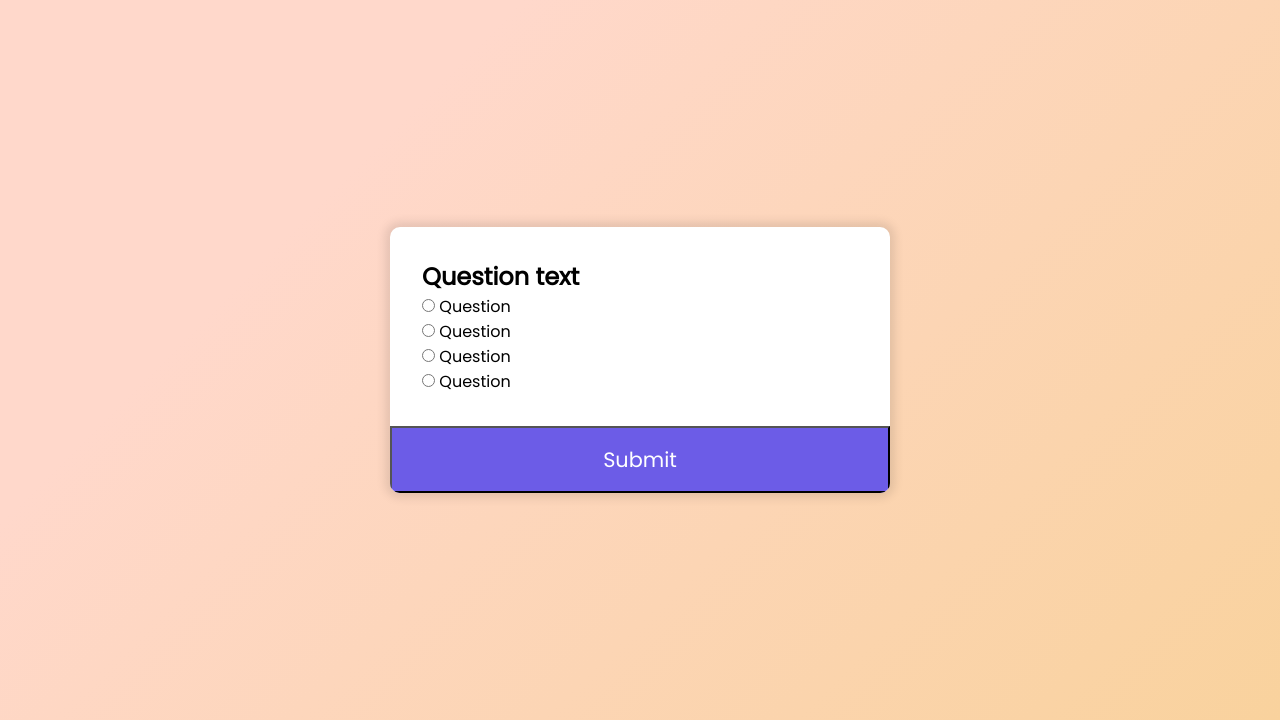
Repository: PratypartyY2K/JavaScript-Projects
Page: Quiz-App/index.html
The author's editor kept a copy of each file at every save. The page is drawn from the files as they stood at one save, then again after the next save.
The browser window is 1280 px wide. The pictures show the whole page.

Above is the page before, as saved 2021-07-04 09:25:44.

After the next save:
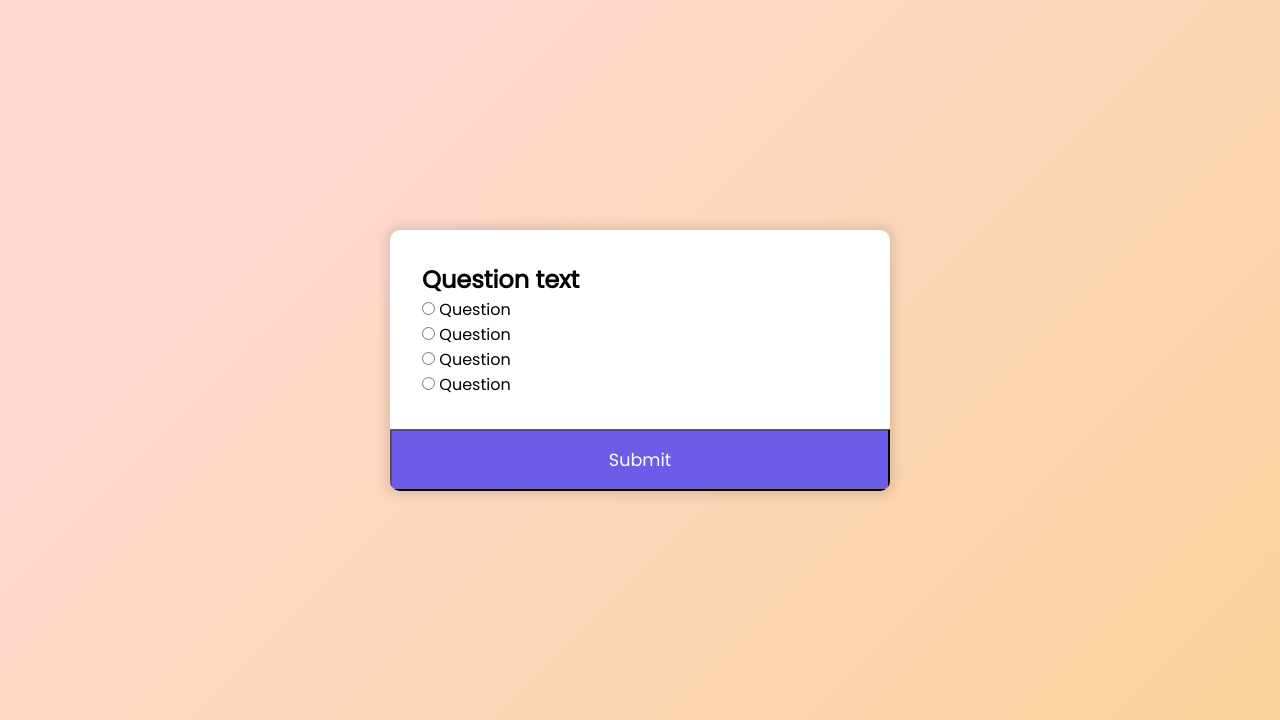
Saved 34 s later.
--- a/Quiz-App/styles.css
+++ b/Quiz-App/styles.css
@@ -22,7 +22,6 @@ body {
     width: 500px;
     max-width: 100%;
     overflow: hidden;
-    border: none;
 }
 
 .quiz-header {
@@ -39,7 +38,7 @@ button {
     display: block;
     color: white;
     font-family: inherit;
-    font-size: 1.3rem;
+    font-size: 1.1rem;
     width: 100%;
     padding: 1rem;
 }
